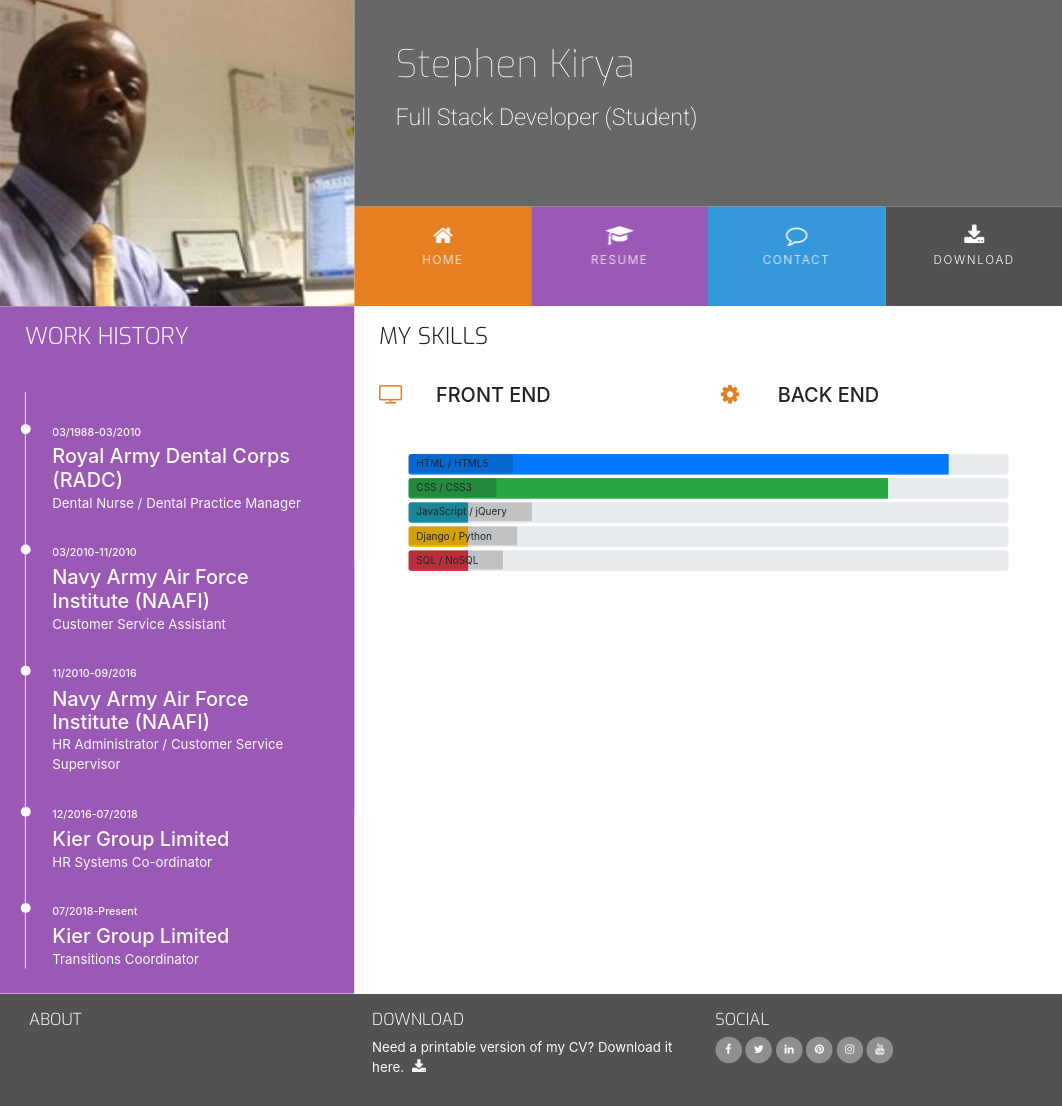
Repository: isiko1/interactive_frontend_resume
Page: resume.html
The author's editor kept a record of every edit. The page is drawn from the files as they stood at one moment, then again after the next edit.
The browser window is 1280 px wide. The pictures show the whole page, at 83% of full size.

Above is the page before.

### resume.html
<!DOCTYPE html>
<html lang="en">

<head>
    <meta charset="UTF-8">
    <meta name="viewport" content="width=device-width, initial-scale=1.0">
    <meta http-equiv="X-UA-Compatible" content="ie=edge">
    <link rel="stylesheet" href="https://stackpath.bootstrapcdn.com/bootstrap/4.3.1/css/bootstrap.min.css" type="text/css" />
    <link rel="stylesheet" href="https://stackpath.bootstrapcdn.com/font-awesome/4.7.0/css/font-awesome.min.css" type="text/css" />
    <link rel="stylesheet" href="https://cdnjs.cloudflare.com/ajax/libs/hover.css/2.3.1/css/hover-min.css" type="text/css" />
    <link rel="stylesheet" href="assets/css/style.css" type="text/css" />
    <title>Stephen</title>
</head>

<body>
    <header>
        <div class="row no-gutters">
            <a href="index.html" class="col-md-4 logo">
            </a>
            <div class="col-md-8">
                <div class="row no-gutters bg-color-name-title">
                    <div class="col heading">
                        <h1 class="name">Stephen Kirya</h1>
                        <h2 class="title">Full Stack Developer (Student)</h2>
                    </div>
                </div>
                <div class="row no-gutters">
                    <div class="col">
                        <ul id="nav" class="list-inline menucontainer">
                            <li class="col-6 col-sm-3 ui-menu-color-home list-inline-item menuitem">
                                <a href="#" class="hvr-sweep-to-bottom"><i class="fa fa-home" aria-hidden="true"></i><span>Home</span></a>
                            </li>
                            <li class="col-6 col-sm-3 ui-menu-color-resume list-inline-item menuitem">
                                <a href="#" class="hvr-sweep-to-bottom"><i class="fa fa-graduation-cap" aria-hidden="true"></i><span>Resume</span></a>
                            </li>
                            <li class="col-6 col-sm-3 ui-menu-color-contact list-inline-item menuitem">
                                <a href="#" class="hvr-sweep-to-bottom"><i class="fa fa-comment-o" aria-hidden="true"></i><span>Contact</span></a>
                            </li>
                            <li class="col-6 col-sm-3 ui-menu-color-download list-inline-item menuitem">
                                <a href="#" class="hvr-sweep-to-bottom"><i class="fa fa-download" aria-hidden="true"></i><span>Download</span></a>
                            </li>
                        </ul>
                    </div>
                </div>
            </div>
        </div>
    </header>
    <section class="container-fluid">
        <div class="row">
            <div class="col-md-4 bg-color-work-history section-column">
                <div class="row">
                    <div class="col-12">
                        <h3 class="history-heading uppercase">
                            Work History
                        </h3>
                    </div>
                </div>
                <div class="work-history">
                <div class="timeline-item" data-dates="03/1988-03/2010">
                    <h4>Royal Army Dental Corps (RADC)</h4>
                    <p> Dental Nurse / Dental Practice Manager</p>
                </div>
                <div class="timeline-item" data-dates="03/2010-11/2010">
                    <h4>Navy Army Air Force Institute (NAAFI)</h4>
                    <p> Customer Service Assistant</p></p>
                </div>
                <div class="timeline-item" data-dates="11/2010-09/2016">
                  <h4>Navy Army Air Force Institute (NAAFI)</h4>
                  <p> HR Administrator / Customer Service Supervisor</p>
                </div>
                <div class="timeline-item" data-dates="12/2016-07/2018">
                  <h4>Kier Group Limited</h4>
                  <p> HR Systems Co-ordinator</p>
                </div>
                <div class="timeline-item" data-dates="07/2018-Present">
                  <h4>Kier Group Limited</h4>
                  <p> Transitions Coordinator</p>
                </div>
                </div>
            </div>
            <div class="col-md-8 bg-color-three-reasons section-column">
                <div class="row">
                    <div class="col">
                        <h3 class="section-heading uppercase">My Skills</h3>
                    </div>
                </div>
                <div class="row">
                    <div class="col-10 offset-1 offset-sm-0 col-sm-4 col-md-6">
                        <div class="row">
                            <div class="col-2">
                                <i class="three-reasons-icon fa fa-tv" aria-hidden="true"></i>
                            </div>
                            <div class="col-10">
                                <h4 class="three-reasons-heading uppercase">Front End</h4>
                                <p>

                                </p>
                            </div>
                        </div>
                    </div>
                    <div class="col-10 offset-1 offset-sm-0 col-sm-4 col-md-6">
                        <div class="row">
                            <div class="col-2">
                                <i class="three-reasons-icon fa fa-gear" aria-hidden="true"></i>
                            </div>
                            <div class="col-10">
                                <h4 class="three-reasons-heading uppercase">Back End</h4>
                                <p>

                                </p>
                            </div>
                        </div>
                    </div>
                </div>
                <div class="row progress-section">
                    <div class="col">
                        <div class="progress">
                            <div class="progress-bar" role="progressbar" aria-valuenow="90" aria-valuemin="0" aria-valuemax="100" style="width:90%">
                                <span class="sr-only">90% complete</span>
                            </div>
                            <span class="progress-type">HTML / HTML5</span>
                        </div>
                        <div class="progress">
                            <div class="progress-bar bg-success" role="progressbar" aria-valuenow="80" aria-valuemin="0" aria-valuemax="100" style="width:80%">
                                <span class="sr-only">80% complete</span>
                            </div>
                            <span class="progress-type">CSS / CSS3</span>
                        </div>
                        <div class="progress">
                            <div class="progress-bar bg-info" role="progressbar" aria-valuenow="10" aria-valuemin="0" aria-valuemax="100" style="width:10%">
                                <span class="sr-only">10% complete</span>
                            </div>
                            <span class="progress-type">JavaScript / jQuery</span>
                        </div>
                        <div class="progress">
                            <div class="progress-bar bg-warning" role="progressbar" aria-valuenow="10" aria-valuemin="0" aria-valuemax="100" style="width:10%">
                                <span class="sr-only">10% complete</span>
                            </div>
                            <span class="progress-type">Django / Python</span>
                        </div>
                        <div class="progress">
                            <div class="progress-bar bg-danger" role="progressbar" aria-valuenow="10" aria-valuemin="0" aria-valuemax="100" style="width:10%">
                                <span class="sr-only">10% complete</span>
                            </div>
                            <span class="progress-type">SQL / NoSQL</span>
                        </div>
                    </div>

                </div>
            </div>
        </div>

    </section>
    <footer class="container-fluid">
        <div id="footer-details" class="row">
            <div class="col-sm-4">
                <h5 class="uppercase general-sub">About</h5>
                <p class="inline-block">

                </p>
            </div>
            <div class="col-sm-4">
                <h5 class="uppercase general-sub">Download</h5>
                <p class="inline-block">
                    Need a printable version of my CV? Download it here.
                    <a href="#" target="_blank" class="cv-pdf">
                        <i class="fa fa-download" aria-hidden="true"></i>
                        <span class="sr-only">Download link.</span>
                    </a>
                </p>

            </div>
            <div class="col-sm-4">
                <h5 class="uppercase general-sub">Social</h5>
                <ul class="list-inline social-links">
                    <li class="list-inline-item">
                        <a target="_blank" href="#">
                            <i class="fa fa-facebook" aria-hidden="true"></i>
                            <span class="sr-only">Facebook</span>
                         </a>
                    </li>
                    <li class="list-inline-item">
                        <a target="_blank" href="#">
                            <i class="fa fa-twitter" aria-hidden="true"></i>
                            <span class="sr-only">Twitter</span>
                         </a>
                    </li>
                    <li class="list-inline-item">
                        <a target="_blank" href="#">
                            <i class="fa fa-linkedin" aria-hidden="true"></i>
                            <span class="sr-only">Linkedin</span>
                         </a>
                    </li>
                    <li class="list-inline-item">
                        <a target="_blank" href="#">
                            <i class="fa fa-pinterest" aria-hidden="true"></i>
                            <span class="sr-only">Pinterest</span>
                         </a>
                    </li>
                    <li class="list-inline-item">
                        <a target="_blank" href="#">
                            <i class="fa fa-instagram" aria-hidden="true"></i>
                            <span class="sr-only">Instagram</span>
                         </a>
                    </li>
                    <li class="list-inline-item">
                        <a target="_blank" href="#">
                            <i class="fa fa-youtube" aria-hidden="true"></i>
                            <span class="sr-only">YouTube</span>
                         </a>
                    </li>
                </ul>
            </div>
        </div>

    </footer>
</body>

</html>

### assets/css/style.css
@import url('https://fonts.googleapis.com/css?family=Roboto:100,200,300,400,500,600,700|Exo:100,200,300,400,500,600,700');

/*--------------Colours */

.bg-color-name-title {
    background-color: #676767;
}

.bg-color-three-reasons {
    background-color: #fff;
}

.bg-color-personal-info {
    background-color: #f4f4f4;
}
.bg-color-work-history {
    background-color: #9b59b6;
}

.ui-menu-color-home {
    background-color: #e67e22;
}

.ui-menu-color-resume {
    background-color: #9b59b6;
}

.ui-menu-color-contact {
    background-color: #3498db;
}

.ui-menu-color-download {
    background-color: #525252;
}



/*--------------Special padding/margin/texts */

h1,
h2,
h3,
h4 {
    margin: 0;
}

.uppercase {
    text-transform: uppercase;
}

.general-sub {
    font-family: "Exo", sans-serif;
    font-weight: 300;
    color: #fafafa;
}

.inliine-block {
    display: inline-block;
}

.row-table {
    display: table;
}

.section-column {
    display: table-cell;
    padding: 0 30px 30px;
    float: none;
}
.history-heading,
.section-heading {
    font-family: "Exo", sans-serif;
    font-weight: 300;
    margin-top: 20px;
    margin-bottom: 40px;
}



/*--------------Headings */

header {
    margin: 0;
}

.heading {
    margin-left: 50px;
}

.logo {
    background: url(../images/Stephen.jpg);
    background-position: center;
    background-repeat: no-repeat;
    background-size: cover;
    min-height: 360px;
    transition: all 5s ease-out;
    -moz-transition: all 5s ease-out;
    -webkit-transition: all 5s ease-out;
}

.name {
    font-family: "Exo", sans-serif;
    font-weight: 100;
    font-size: 46px;
    margin-top: 50px;
    color: #fff;
}

.title {
    font-family: "Roboto", sans-serif;
    font-weight: 200;
    font-size: 28px;
    margin-top: 20px;
    margin-bottom: 90px;
    color: #fff;
}

.list-inline-item:not(:last-child) {
    margin: 0;
}

.menucontainer {
    font-size: 0;
}

#nav {
    margin: 0;
}

#nav li {
    font-size: 14px;
    padding: 0;
}

.menuitem {
    height: 120px;
    text-align: center;
    padding: 0;
}

.menuitem a {
    width: 100%;
    text-decoration: none;
    color: #fff;
    height: 120px;
}

.menuitem a i {
    padding-top: 22px;
    display: block;
    color: #fafafa;
    font-size: 26px;
}

.menuitem span {
    display: block;
    width: 100%;
    padding-top: 5px;
    text-align: center;
    text-transform: uppercase;
    font-size: 14px;
    font-weight: 300;
    letter-spacing: 2px;
}

/*--------------Hover.css */

.hvr-sweep-to-bottom:before {
    background: rgba(0, 0, 0, 0.2);
    height: 120px;
}

/*--------------Footer */

footer {
    background-color: #525252;
    color: #fafafa;
    min-height: 120px;
    margin: 0;
}

.cv-pdf i {
    font-size: 18px;
    color: #fafafa;
    text-align: center;
    padding-left: 5px;
    transition: all 0.35s ease-in-out;
    -moz-transition: all 0.35s ease-in-out;
    -webkit-transition: all 0.35s ease-in-out;
    -o-transition: all 0.35s ease-in-out;
}

.cv-pdf i:hover {
    color: #e84610;
}

.social-links {
    padding-bottom: 15px;
}

.social-links li a i {
    width: 32px;
    height: 32px;
    padding: 12px 0;
    border-radius: 50%;
    font-size: 13px;
    line-height: 7px;
    text-align: center;
    color: #fafafa;
    background: #8f8f8f;
    transition: all 0.35s ease-in-out;
    -moz-transition: all 0.35s ease-in-out;
    -webkit-transition: all 0.35s ease-in-out;
    -o-transition: all 0.35s ease-in-out;
}

.social-links li a i:hover {
    background-color: #e84610;
}

#footer-details {
    padding: 20px;
}

/*--------------Three reasons */

.three-reasons-icon {
    font-size: 26px;
    color: #e67e22;
}

.three-reasons-heading {
    margin-bottom: 15px;
}

/*--------------Personal info*/

.personal-info-item {
    margin-bottom: 20px;
    display: block;
    clear: both;
}

.personal-info-item .key,
.personal-info-item .value {
    padding-right: 8px;
    display: inline-block;
}

.personal-info-item .key p,
.personal-info-item .value p {
    margin: 0;
}

.personal-info-item .key {
    width: 30%;
    margin-right: 21px;
    padding-top: 2px;
    vertical-align: top;
}

.personal-info-item .key p {
    font-weight: 700;
}

.personal-info-item .value {
    position: relative;
    width: 60%;
}

/*--------------Progress Section*/

.progress {
    position: relative;
    height: 25px;
    margin-bottom: 4px;
}
.progress-type {
    position: absolute;
    left:0;
    font-weight: 400;
    padding: 3px 30px 2px 10px;
    background-color: rgba(25, 25, 25, 0.2);

}
.progress-section {
    margin: 40px 20px;
}

/*--------------Work history*/

.history-heading {
    color: #fafafa;
    margin-bottom: 50px;
}
.timeline-item {
    padding: 4em 2em 0em 2em;
    position: relative;
    color: #fafafa;
    border-left: 1px solid;
}
.timeline-item p {
    padding: 0;
    margin: 0;
}
.timeline-item:before {
    content: attr(data-dates);
    position: absolute;
    left: 2.5em;
    top: 3em;
    display:block;
    font-family: "Exo" sans-serif;
    font-weight: 500;
    font-size: 0.8em;
    padding: 0;
    margin: 0;
}

.timeline-item:after {
    width: 12px;
    height: 12px;
    display: block;
    top: 2.4em;
    position: absolute;
    left: -6px;
    border-radius:12px;
    content: '';
    background: #fafafa;
}

After the next edit:
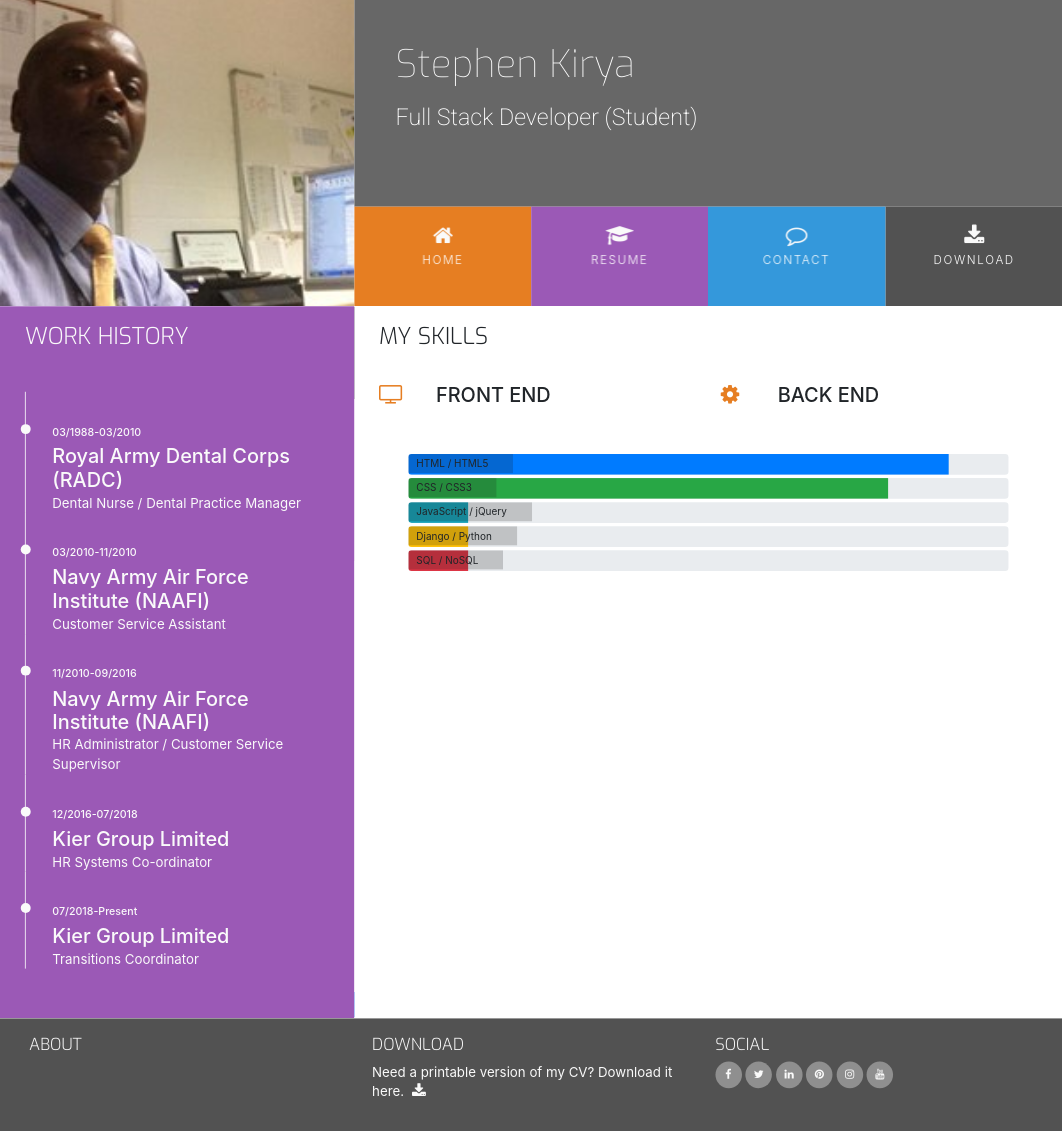
The edit:
--- a/assets/css/style.css
+++ b/assets/css/style.css
@@ -327,3 +327,6 @@
     content: '';
     background: #fafafa;
 }
+.work-history {
+        margin-bottom: 30px;
+}
